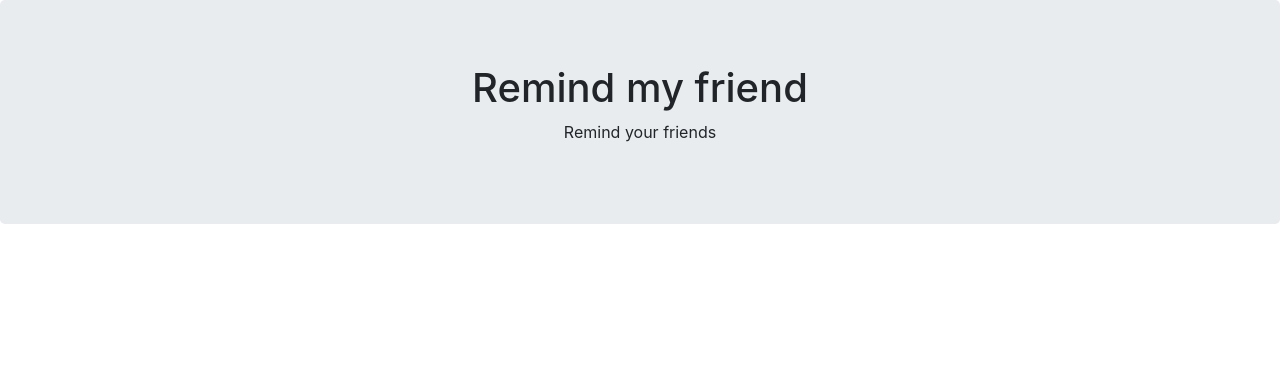
Repository: abhiram304/remindPeople
Page: http://localhost/remindPeople
These files come from the project's save history. The page is drawn as it stood at one moment and after the next save; the edit follows.
The browser window is 1280 px wide. The pictures show the whole page.
The page is served by the project's application, run on Flask 3 (api/app.py).

Above is the page before, as saved 2019-10-11 22:27:34.

After the next save:
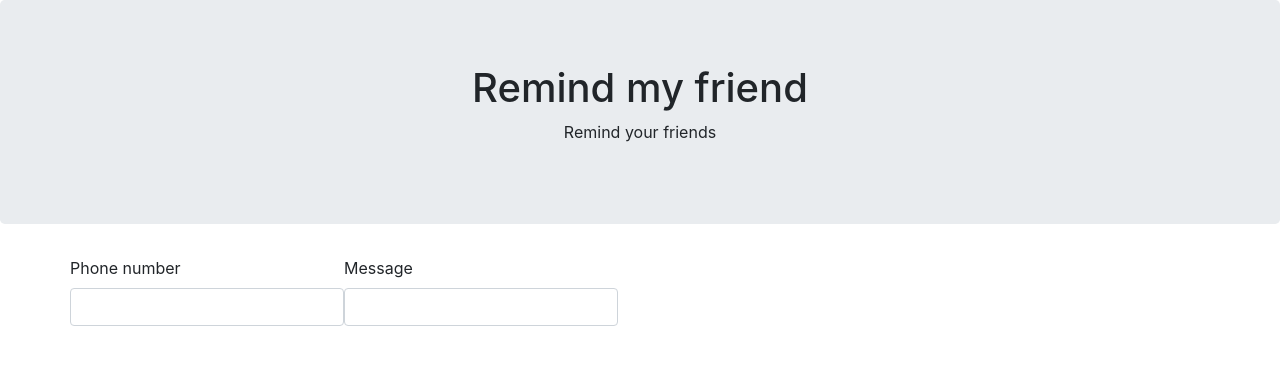
Saved 93 s later.
--- a/api/templates/remindPeople.html
+++ b/api/templates/remindPeople.html
@@ -18,7 +18,14 @@
 
 <div class="container">
   <div class="row">
-
+      <div class="form-group">
+          <label for="usr">Phone number</label>
+          <input type="text" class="form-control" id="usr">
+        </div>
+        <div class="form-group">
+          <label for="pwd">Message</label>
+          <input type="password" class="form-control" id="pwd">
+        </div>
   </div>
 </div>
 
